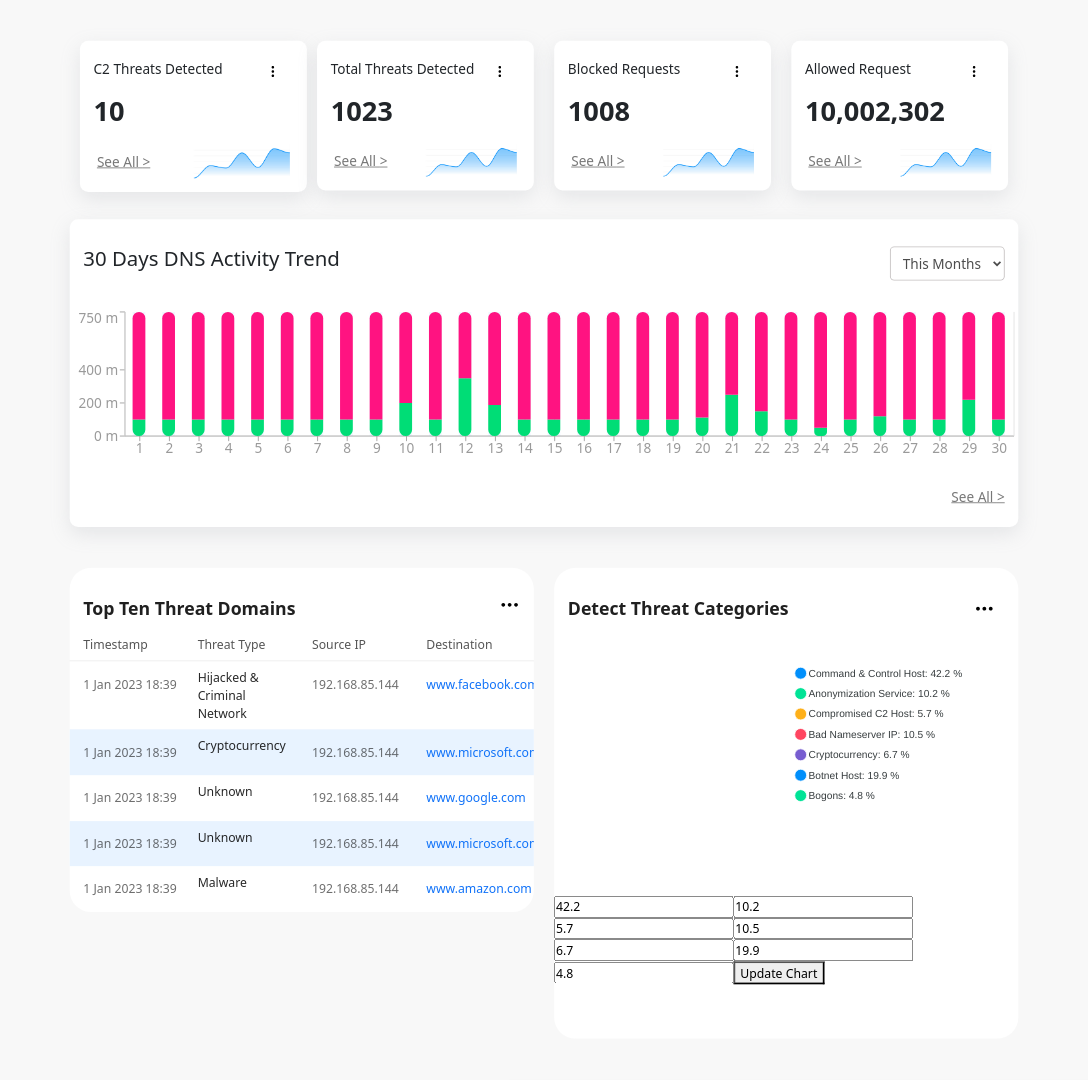
Repository: badhon252/dashboard
Page: /
An editor plug-in stored every save of this project. The page is shown before and after the next save, followed by the edit.
The browser window is 1280 px wide. The pictures show the whole page, at 85% of full size.
The project was rebuilt for these pictures with package versions that can differ from the ones it lists, and the page was loaded fresh each time. Also part of the build but not shown: vite.config.js.

Above is the page before, as saved 2023-01-28 03:06:54.

### index.html
<!DOCTYPE html>
<html lang="en">

<head>
    <meta charset="UTF-8" />
    <link rel="icon" type="image/svg+xml" href="/vite.svg" />
    <meta name="viewport" content="width=device-width, initial-scale=1.0" />
    <!-- bootsrap cdn  -->
    <link rel="stylesheet" href="https://cdn.jsdelivr.net/npm/bootstrap@5.2.3/dist/css/bootstrap.min.css">
    <title>DashBoard</title>
</head>

<body>
    <div id="root"></div>

    <script type="module" src="/src/index.jsx"></script>
    <!-- bootsrap cdn  -->
    <script type="module" src="https://cdn.jsdelivr.net/npm/bootstrap@5.2.3/dist/js/bootstrap.bundle.min.js"></script>
</body>

</html>

### src/App.jsx
import "./App.css";
import Activity from "./Components/Activity/Activity";
import Analysis from "./Components/Analysis/Analysis";
import Status from "./Components/Status/Status";

function App() {
  return (
    <div className="container">
      <Status />
      <Activity />
      <Analysis />
    </div>
  );
}

export default App;

### src/App.css
*,
::after,
::before {
    box-sizing: border-box;
}

body {
    background-color: #f8f8f8;
}

.link {
    color: rgba(0, 0, 0, 0.534);
    text-decoration: underline;
    font-size: 1em;
    padding: 0;
}

.link,
img {
    cursor: pointer;
}

### src/Components/Activity/Activity.jsx
import "./Activity.css";
import ActivityGraph from "./ActivityGraph";
import ActivityHeader from "./ActivityHeader";

export default function Activity() {
  const customTooltip = ({ active, payload, label }) => {
    if (active && payload && payload.length) {
      return (
        <div className="custom-tooltip">
          <p className="date-label">{label + " Jan 2023"}</p>

          <div className="d-flex">
            <div className="tooltip-allowed ">
              <p className="label">
                <span>00</span> Allowed
              </p>
              <p className="label">
                <span>00</span>
                {`${payload[0].value}`}
              </p>
            </div>

            <div className="tooltip-blocked">
              <p className="label">
                <span>00</span> Blocked
              </p>
              <p className="label">
                <span>00</span>
                {`${payload[1].value}`}
              </p>
            </div>
          </div>
        </div>
      );
    }
  };

  return (
    <div className="activity">
      <ActivityHeader />
      <div className="activity_graph">
        {/* barhcart Code goes here  */}
        <ActivityGraph CustomTooltip={customTooltip} />
        <div className="link py-4 px-3">See All {">"} </div>
      </div>
    </div>
  );
}

### src/Components/Analysis/Analysis.jsx
import "./Analysis.css";
import DomainInfo from "./DomainInfo";
import dotIcon from "../../assets/dot.svg";
import GraphAnalysis from "./Graph/GraphAnalysis";

export default function Analysis() {
  return (
    <div className="row my-5" id="analysis">
      <div className="col-md-6">
        <DomainInfo icon={dotIcon} />
      </div>
      <div className="col-md-6">
        <GraphAnalysis icon={dotIcon} />
      </div>
    </div>
  );
}

### src/Components/Status/Status.jsx
import React from "react";
import "./Status.css";
import StatusCard from "./StatusCard";
import dotIcon from "../../assets/dot.svg";

export default function Status() {
  return (
    <div id="status" className="container">
      <div className="row">
        <div className="col-md-3 pe-0">
          <StatusCard
            title="C2 Threats Detected"
            icon={dotIcon}
            amount="10"
            link={null}
          />
        </div>
        <div className="col-md-3">
          <StatusCard
            title="Total Threats Detected"
            icon={dotIcon}
            amount="1023"
            link={null}
          />
        </div>
        <div className="col-md-3">
          <StatusCard
            title="Blocked Requests"
            icon={dotIcon}
            amount="1008"
            link={null}
          />
        </div>
        <div className="col-md-3">
          <StatusCard
            title="Allowed Request"
            icon={dotIcon}
            amount="10,002,302"
            link={null}
          />
        </div>
      </div>
    </div>
  );
}

### src/Components/Activity/Activity.css
.activity {
    background-color: #ffffff;
    margin: 1rem 0;
    border-radius: 10px;
    box-shadow: rgba(149, 157, 165, 0.2) 0px 8px 24px;
}

.activity_header {
    justify-content: space-between;
    padding: 2rem 1rem;
    border-radius: 5px;
}

.activity_graph .link {
    text-align: right;
}

#months {
    background-color: #fff;
    border: 1px solid rgba(120, 111, 111, 0.434);
    outline: none;
    border-radius: 5px;
    padding: 7px 10px;
    font-size: 1rem;
    color: #000000b3;
    cursor: pointer;
}

.custom-tooltip {
    background-color: #fff;
    padding: 0.7rem;
    border: none;
    border-radius: 15px;
    box-shadow: 0 0 5px 0 rgba(0, 0, 0, 0.2);
}

.activity .date-label {
    font-size: 1rem;
    font-weight: 600;
    color: #000000b3;
    border-bottom: 1px solid #e4e4e4;
}

.activity .label {
    font-size: 0.8rem;
    font-weight: 400;
    color: #000000b3;
    padding: 0 5px;
}

.tooltip-allowed {
    padding-right: 1rem;
    border-right: 1px solid #e4e4e4;
}

.tooltip-allowed .label:last-child {
    color: rgb(0, 164, 60);
    border-radius: 15px;
    background-color: rgba(113, 251, 0, 0.228);
}

.tooltip-allowed .label span {
    width: 5px;
    height: 5px;
    border-radius: 50%;
    background-color: rgb(0, 251, 109);
    color: rgb(0, 251, 92);
    margin-right: 5px;
    font-size: 5px;
}

.tooltip-blocked {
    padding-left: 1rem;
}

.tooltip-blocked .label span {
    width: 5px;
    height: 5px;
    border-radius: 50%;
    background-color: rgb(251, 0, 71);
    color: rgb(251, 0, 71);
    font-size: 5px;
    margin-right: 5px;
}

.tooltip-blocked .label:last-child {
    color: #000000b3;
    border-radius: 115px;
    color: rgb(251, 0, 71);
    background-color: rgba(251, 0, 71, 0.133);
}

### src/Components/Activity/ActivityGraph.jsx
import {
  ResponsiveContainer,
  XAxis,
  YAxis,
  BarChart,
  Bar,
  Tooltip,
  CartesianGrid,
} from "recharts";
import Data from "../data";
import "./Activity.css";

const ActivityGraph = ({ CustomTooltip }) => {
  return (
    //? Creating Bars
    <ResponsiveContainer width="100%" aspect="6">
      <BarChart data={Data()} outerRadius={10}>
        <XAxis dataKey="id" stroke="#9a9a9a" interval={"preserveStartEnd"} />
        <YAxis
          dataKey="height"
          stroke="#9a9a9a"
          interval={"preserveStartEnd"}
          domain={[0, 750]}
          tickFormatter={(value) => `${value} m`}
        />
        <CartesianGrid stroke="#e0dfdf" vertical={true} horizontal={false} />

        <Bar
          barSize={15}
          dataKey="allowed"
          strokeWidth={1}
          stackId="a"
          fill="rgb(0, 221, 118)"
          radius={[0, 0, 15, 15]}
          background={{ fill: "#5590ff13" }}
        />

        <Bar
          barSize={15}
          dataKey="blocked"
          strokeWidth={1}
          stackId="a"
          fill="rgb(255, 19, 129)"
          radius={[10, 10, 0, 0]}
        ></Bar>

        <Tooltip
          content={<CustomTooltip />}
          cursor={{ fill: "blue", opacity: 0.2 }}
        />
      </BarChart>
    </ResponsiveContainer>
  );
};

export default ActivityGraph;

### src/Components/Activity/ActivityHeader.jsx
const ActivityHeader = () => {
  return (
    <div className="activity_header d-flex">
      <h4>30 Days DNS Activity Trend</h4>
      <div className="activity_header_right">
        <form action="">
          <select id="months" name="months">
            <option value="January">This Months</option>
            <option value="Februery">Februery</option>
            <option value="March">March</option>
            <option value="April">April</option>
            <option value="May">May</option>
            <option value="June">June</option>
            <option value="July">July</option>
            <option value="August">August</option>
            <option value="September">September</option>
            <option value="October">October</option>
            <option value="November">November</option>
            <option value="December">December</option>
          </select>
        </form>
      </div>
    </div>
  );
};

export default ActivityHeader;

### src/Components/Analysis/Analysis.css
#analysis {
    overflow: hidden;
}

.footer {
    text-align: center;
}

#analysis .row .col-md-6 {
    padding: 0;
    margin: 1rem;
    box-shadow: rgba(0, 0, 0, 0.15) 0px 5px 15px 0px;
}

.title {
    font-size: 1.3rem;
    font-weight: 600;
    color: rgba(0, 0, 0, 0.874);
}

#analysis .domainInfo,
.analysisGraph {
    color: rgba(0, 0, 0, 0.568);
    font-size: 0.9rem;
    background-color: #ffffff;
    border-radius: 25px;
}

.domainHeader {
    border-bottom: 1px solid rgba(128, 128, 128, 0.185);
    padding: 0 1rem;
    color: rgba(0, 0, 0, 0.67);
}

.threatDomain:nth-child(odd) {
    background-color: #e8f3ff;
}

.threatDomain {
    padding: 0 1rem;
}

.threatType {
    font-size: 0.9rem;
    color: rgba(0, 0, 0, 0.843);
}

.destination {
    color: #1072f8;
}


/* Graph  */

.apexcharts-legend-series:hover {
    background-color: rgba(0, 0, 0, 0.087);
    border-radius: 5px;
    box-sizing: border-box;
}

.domainInfo {
    background-color: #fff;
    border-radius: 15px;
    box-sizing: border-box;
    overflow: hidden;
}

.img {
    box-sizing: border-box;
    transform: rotate(90deg);
    padding: 0.5rem;
}


/* Graph  */

.graph {
    background-color: #fff;
    border-radius: 25px;
    box-sizing: border-box;
    padding: 0 1rem;
    overflow: hidden;
    height: 100%;
}

.threatGraph input {
    padding: 0;
    margin: 0;
}

.apexcharts-legend.apx-legend-position-bottom.apexcharts-align-left,
.apexcharts-legend.apx-legend-position-top.apexcharts-align-left,
.apexcharts-legend.apx-legend-position-right,
.apexcharts-legend.apx-legend-position-left {
    font-size: 1.4rem;
    font-weight: 600;
}

.apexcharts-legend.apexcharts-align-center.apx-legend-position-right {
    top: 0;
}

### src/Components/Analysis/DomainInfo.jsx
import DomainThreat from "./DomainThreat";
import "./Analysis.css";

const DomainInfo = ({ icon }) => {
  return (
    <div className="domainInfo">
      <div className="title my-3"></div>
      <div className="analysis-heading d-flex justify-content-between mx-3">
        <div className="title py-3">Top Ten Threat Domains</div>
        <div className="img">
          <img className="img-fluid w-75" src={icon} alt=":" />
        </div>
      </div>
      {/*Threat Domains Header*/}
      <div className="row domainHeader pb-2">
        <div className="col-md-3">
          <div className="timestamp">Timestamp</div>
        </div>
        <div className="col-md-3">
          <div className="">Threat Type</div>
        </div>
        <div className="col-md-3">
          <div className="sourseIp">Source IP</div>
        </div>
        <div className="col-md-3">
          <div className="">Destination</div>
        </div>
      </div>
      {/*Threat Domains*/}
      <DomainThreat
        timestamp="1 Jan 2023 18:39"
        sourseIp="192.168.85.144"
        threatType="Hijacked & Criminal Network"
        destination="www.facebook.com"
      />
      <DomainThreat
        timestamp="1 Jan 2023 18:39"
        threatType="Cryptocurrency"
        sourseIp="192.168.85.144"
        destination="www.microsoft.com"
      />
      <DomainThreat
        timestamp="1 Jan 2023 18:39"
        sourseIp="192.168.85.144"
        destination="www.google.com"
      />
      <DomainThreat
        timestamp="1 Jan 2023 18:39"
        sourseIp="192.168.85.144"
        destination="www.microsoft.com"
      />
      <DomainThreat
        timestamp="1 Jan 2023 18:39"
        threatType="Malware"
        sourseIp="192.168.85.144"
        destination="www.amazon.com"
      />
    </div>
  );
};

export default DomainInfo;

### src/Components/Analysis/Graph/GraphAnalysis.jsx
import "../Analysis.css";
import Graph from "./Graph";
import { useState } from "react";
// import ApexCharts from "react-apexcharts";

const AnalysisGraph = ({ icon }) => {
  return (
    <div className="analysisGraph py-3">
      <div className="analysis-heading d-flex justify-content-between p-3">
        <div className="title ">Detect Threat Categories</div>
        <div className="img">
          <img className="img-fluid w-75" src={icon} alt=":" />
        </div>
      </div>
      <div className="threatGraph">
        {/* importing Graph  */}
        <Graph />

        {/* input-container === */}
        {/* <div className="input-container">
          {inputValues.map((value, index) => (
            <div key={index}>
              <label className="mx-2">Value {index + 1}:</label>
              <input
                type="number"
                value={value}
                onChange={(e) => handleChange(e, index)}
              />
            </div>
          ))}
          <button className="btn btn-outline-dark my-2" onClick={handleClick}>
            Update Values
          </button>
        </div> */}
      </div>
    </div>
  );
};

export default AnalysisGraph;

### src/Components/Status/Status.css
/* Card css  */

#status .col-md-3 {
    box-sizing: border-box;
}

.myCard {
    transition: all 0.3s ease-in-out;
    box-shadow: rgba(149, 157, 165, 0.2) 0px 8px 24px;
    border-radius: 10px;
    background-color: #fff;
}

.myCard_title {
    font-size: 1rem;
    font-weight: 500;
    margin: 0.5rem 0;
}

.myCard_value {
    font-size: 2em;
    font-weight: 600;
}

.myCard_data {
    display: flex;
    justify-content: space-between;
    align-items: center;
    padding: 0 1rem;
}

.myCard .col-md-3,
.myCard .col-sm-6 {
    padding: 0;
}

### src/Components/Status/StatusCard.jsx
import "./Status.css";
import areaChart from "../../assets/areaChat.png";

export default function StatusCard({ title, icon, amount, link }) {
  return (
    <div className="myCard mt-5 mb-3 p-3">
      <div className="myCard_Head d-flex justify-content-between">
        <h3 className="myCard_title">{title}</h3>
        <h3 className="myCard_icon">
          <img className="img-fluid w-50" src={icon} alt=":" />
        </h3>
      </div>

      <div className="myCard_value">{amount}</div>

      <div className="myCard_data row pt-3">
        <div className="link col-sm-6">
          <a href={link}>See All {">"} </a>
        </div>
        <div className="myCard_Graph col-sm-6">
          <img className="img-fluid" src={areaChart} alt="" />
        </div>
      </div>
    </div>
  );
}

### src/Components/data.js
export default function Data() {
  return [
    { id: 1, date: "1 Jan 2023", height: 700, allowed: 100, blocked: 20000 },
    { id: 2, date: "2 Jan 2023", height: 700, allowed: 100, blocked: 20000 },
    { id: 3, date: "3 Jan 2023", height: 700, allowed: 100, blocked: 20000 },
    { id: 4, date: "4 Jan 2023", height: 450, allowed: 100, blocked: 20000 },
    { id: 5, date: "5 Jan 2023", height: 700, allowed: 100, blocked: 20000 },
    { id: 6, date: "6 Jan 2023", height: 500, allowed: 100, blocked: 20000 },
    { id: 7, date: "7 Jan 2023", height: 700, allowed: 100, blocked: 20000 },
    { id: 8, date: "8 Jan 2023", height: 700, allowed: 100, blocked: 20000 },
    { id: 9, date: "9 Jan 2023", height: 700, allowed: 100, blocked: 20000 },
    { id: 10, date: "10 Jan 2023", height: 500, allowed: 200, blocked: 20000 },
    { id: 11, date: "11 Jan 2023", height: 550, allowed: 100, blocked: 20000 },
    {
      id: 12,
      date: "12 Jan 2023",
      height: 700,
      value: 15000,
      allowed: 350,
      blocked: 20000,
    },
    {
      id: 13,
      date: "13 Jan 2023",
      height: 700,
      value: 15000,
      allowed: 188,
      blocked: 200200,
    },
    {
      id: 14,
      date: "14 Jan 2023",
      height: 700,
      value: 15000,
      allowed: 100,
      blocked: 20000,
    },
    {
      id: 15,
      date: "15 Jan 2023",
      height: 700,
      value: 15000,
      allowed: 100,
      blocked: 20000,
    },
    {
      id: 16,
      date: "16 Jan 2023",
      height: 700,
      value: 15000,
      allowed: 100,
      blocked: 20000,
    },
    {
      id: 17,
      date: "17 Jan 2023",
      height: 700,
      value: 15000,
      allowed: 100,
      blocked: 20000,
    },
    { id: 18, date: "18 Jan 2023", height: 700, allowed: 100, blocked: 20000 },
    { id: 19, date: "19 Jan 2023", height: 600, allowed: 100, blocked: 20000 },
    {
      id: 20,
      date: "20 Jan 2023",
      height: 700,

      allowed: 112,
      blocked: 20024000,
    },
    {
      id: 21,
      date: "21 Jan 2023",
      height: 600,
      value: 15000,
      allowed: 250,
      blocked: 20000,
    },
    {
      id: 22,
      date: "22 Jan 2023",
      height: 650,
      value: 15000,
      allowed: 150,
      blocked: 20000,
    },
    {
      id: 23,
      date: "23 Jan 2023",
      height: 700,
      value: 15000,
      allowed: 100,
      blocked: 20000,
    },
    {
      id: 24,
      date: "24 Jan 2023",
      height: 700,
      value: 15000,
      allowed: 50,
      blocked: 5000,
    },
    {
      id: 25,
      date: "25 Jan 2023",
      height: 700,
      value: 15000,
      allowed: 100,
      blocked: 20000,
    },
    {
      id: 26,
      date: "26 Jan 2023",
      height: 700,
      value: 15000,
      allowed: 120,
      blocked: 20000,
    },
    {
      id: 27,
      date: "27 Jan 2023",
      height: 700,
      value: 1500,
      allowed: 100,
      blocked: 20000,
    },
    {
      id: 28,
      date: "28 Jan 2023",
      height: 700,
      value: 1500,
      allowed: 100,
      blocked: 2000,
    },
    {
      id: 29,
      date: "29 Jan 2023",
      height: 600,
      value: 1500,
      allowed: 220,
      blocked: 20000,
    },
    {
      id: 30,
      date: "30 Jan 2023",
      height: 700,
      value: 150,
      allowed: 100,
      blocked: 10200,
    },
  ];
}

### src/Components/Analysis/DomainThreat.jsx
import "./Analysis.css";
const DomainThreat = ({ timestamp, threatType, sourseIp, destination }) => {
  return (
    <div className="row threatDomain">
      <div className="col-md-3 my-3">
        <div className="timestamp">{timestamp || "Unknown"}</div>
      </div>
      <div className="col-md-3 my-2">
        <div className="threatType">{threatType || "Unknown"}</div>
      </div>
      <div className="col-md-3 my-3">
        <div className="sourseIp">{sourseIp || "Unknown"}</div>
      </div>
      <div className="col-md-3 my-3">
        <div className="destination">{destination || "Unknown"}</div>
      </div>
    </div>
  );
};

export default DomainThreat;

### src/Components/Analysis/Graph/Graph.jsx
import React, { useState } from "react";
import ApexCharts from "react-apexcharts";

function Graph() {
  const [inputValue1, setInputValue1] = useState(42.2);
  const [inputValue2, setInputValue2] = useState(10.2);
  const [inputValue3, setInputValue3] = useState(5.7);
  const [inputValue4, setInputValue4] = useState(10.5);
  const [inputValue5, setInputValue5] = useState(6.7);
  const [inputValue6, setInputValue6] = useState(19.9);
  const [inputValue7, setInputValue7] = useState(4.8);

  const [chartOptions, setChartOptions] = useState({
    series: [
      { name: "Command & Control Host", data: inputValue1 },
      { name: "ANonymization Service", data: inputValue2 },
      { name: "Compromised C2 Host", data: inputValue3 },
      { name: "Bad Nameserver IP", data: inputValue4 },
      { name: "Cryptocurrency", data: inputValue5 },
      { name: "Botnet Host", data: inputValue6 },
      { name: "Bogons", data: inputValue7 },
    ],
    chart: {
      type: "donut",
    },
    responsive: [
      {
        breakpoint: 480,
        options: {
          chart: {
            width: 200,
          },
          legend: {
            position: "right",
          },
        },
      },
    ],
    labels: [
      `Command & Control Host:  ${inputValue1} %`,
      `Anonymization Service:   ${inputValue2} %`,
      `Compromised C2 Host:     ${inputValue3} %`,
      `Bad Nameserver IP:       ${inputValue4} %`,
      `Cryptocurrency:          ${inputValue5} %`,
      `Botnet Host:             ${inputValue6} %`,
      `Bogons:                  ${inputValue7} %`,
    ],
  });

  // writing functions to listen change and hooked up new values
  const handleChange1 = (e) => {
    setInputValue1(parseInt(e.target.value || 0));
  };

  const handleChange2 = (e) => {
    setInputValue2(parseInt(e.target.value || 0));
  };
  const handleChange3 = (e) => {
    setInputValue3(parseInt(e.target.value || 0));
  };
  const handleChange4 = (e) => {
    setInputValue4(parseInt(e.target.value || 0));
  };
  const handleChange5 = (e) => {
    setInputValue5(parseInt(e.target.value || 0));
  };
  const handleChange6 = (e) => {
    setInputValue6(parseInt(e.target.value || 0));
  };
  const handleChange7 = (e) => {
    setInputValue7(parseInt(e.target.value || 0));
  };

  const handleClick = () => {
    setChartOptions({
      ...chartOptions,
      series: [
        inputValue1,
        inputValue2,
        inputValue3,
        inputValue4,
        inputValue5,
        inputValue6,
        inputValue7,
      ],
    });
  };

  return (
    <div>
      <div className="chart-container">
        <ApexCharts
          options={chartOptions}
          series={chartOptions.series}
          type="donut"
          width="500"
        />
      </div>
      <div className="input-container my-5">
        <input
          value={inputValue1}
          onChange={handleChange1}
          placeholder="Command & Control Host"
        />
        <input
          value={inputValue2}
          onChange={handleChange2}
          placeholder="ANonymization Service"
        />
        <input
          value={inputValue3}
          onChange={handleChange3}
          placeholder="Compromised C2 Host"
        />
        <input
          value={inputValue4}
          onChange={handleChange4}
          placeholder="Bad Nameserver IP"
        />
        <input
          value={inputValue5}
          onChange={handleChange5}
          placeholder="Cryptocurrency"
        />
        <input
          value={inputValue6}
          onChange={handleChange6}
          placeholder="Botnet Host"
        />
        <input
          value={inputValue7}
          onChange={handleChange7}
          placeholder="Bogons"
        />
        <button onClick={handleClick}>Update Chart</button>
      </div>
    </div>
  );
}
export default Graph;

Loaded but not shown: src/index.jsx (common file)

After the next save:
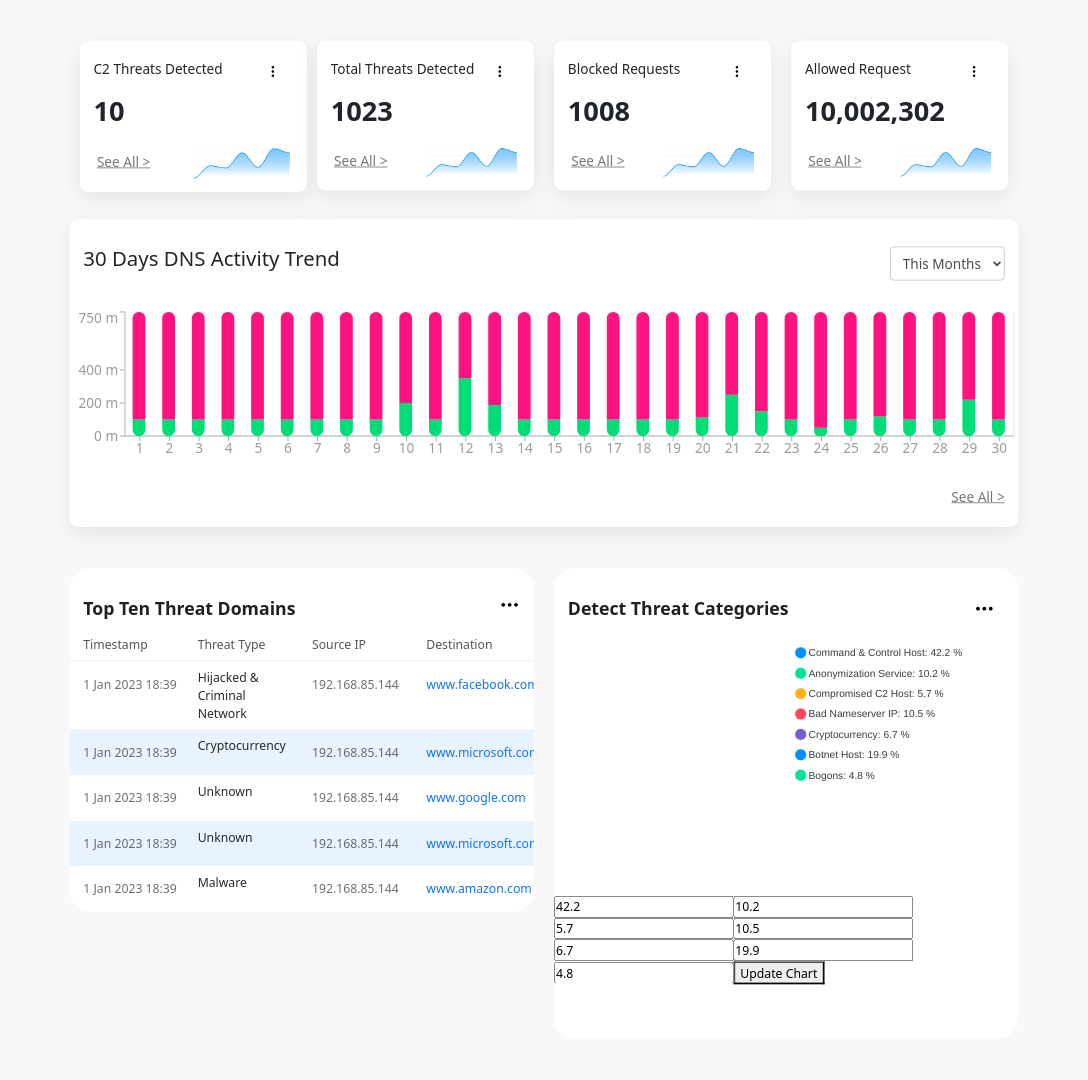
Saved 74 s later.
--- a/src/Components/Analysis/Analysis.css
+++ b/src/Components/Analysis/Analysis.css
@@ -97,5 +97,5 @@
 }
 
 .apexcharts-legend.apexcharts-align-center.apx-legend-position-right {
-    top: 0;
+    top: 0 !important;
 }
